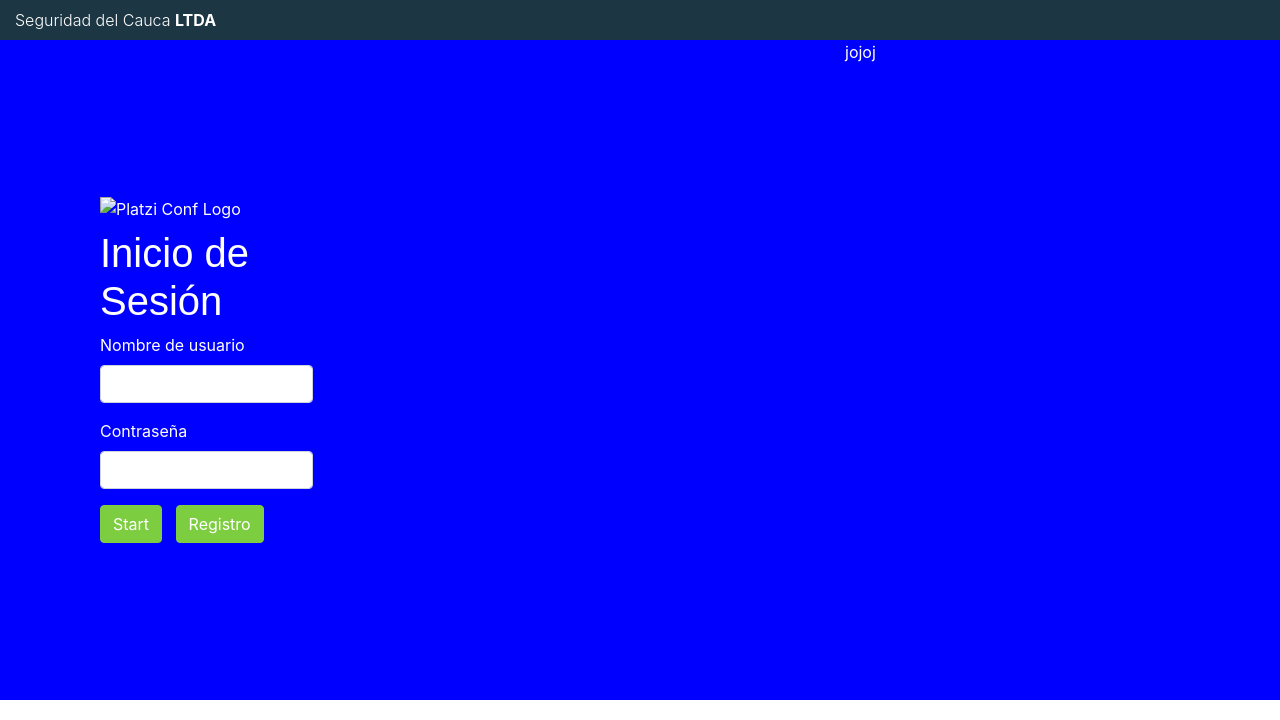
Repository: CristianPalta1/pages_react
Page: /
An editor plug-in stored every save of this project. The page is shown before and after a run of saves, followed by the edit.
The browser window is 1280 px wide. The pictures show the whole page.
The project was rebuilt for these pictures with package versions that can differ from the ones it lists, and the page was loaded fresh each time. Also part of the build but not shown: src/components/Container.jsx, src/pages/Dashboard.jsx, src/pages/IngresoDoc.jsx, src/pages/NotifiDoc.jsx, src/components/Registros.jsx, src/components/styles/BadgesList.css, src/components/BadgeList.jsx, src/components/styles/Badges.css and 3 more.

Above is the page before, as saved 2019-08-25 14:08:44.

After the next 4 saves:
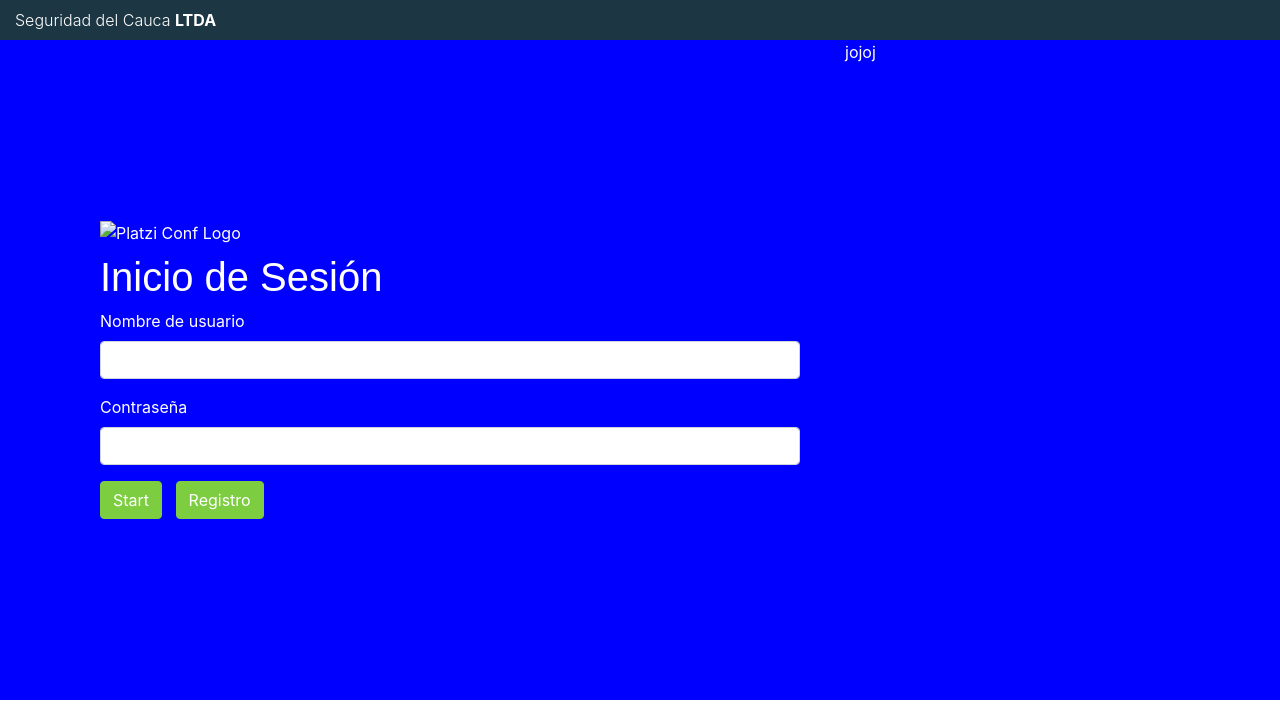
The 4 saves are shown as one change because 2 did not build or start and some came seconds apart.
The last was saved 20 s later.
--- a/src/components/Forms.jsx
+++ b/src/components/Forms.jsx
@@ -33,8 +33,8 @@ class Forms extends React.Component {
     return (
       <div className="Home">
         <div className="container">
-          <div className="row">
-            <div className="Home__col col-12 col-md-4">
+          {/* <div className="row"> */}
+            {/* <div className="Home__col col-12 col-md-4"> */}
               <img
                 // src={platziconfLogoImage}
                 alt="Platzi Conf Logo"
@@ -79,7 +79,7 @@ class Forms extends React.Component {
                 </Link>
               </form>
 
-            </div>
+            {/* </div> */}
 
             {/* <div className="Home__col d-none d-md-block col-md-8">
               <img
@@ -88,7 +88,7 @@ class Forms extends React.Component {
                 className="img-fluid p-4"
               />
             </div> */}
-          </div>
+          {/* </div> */}
         </div>
       </div>
     );
